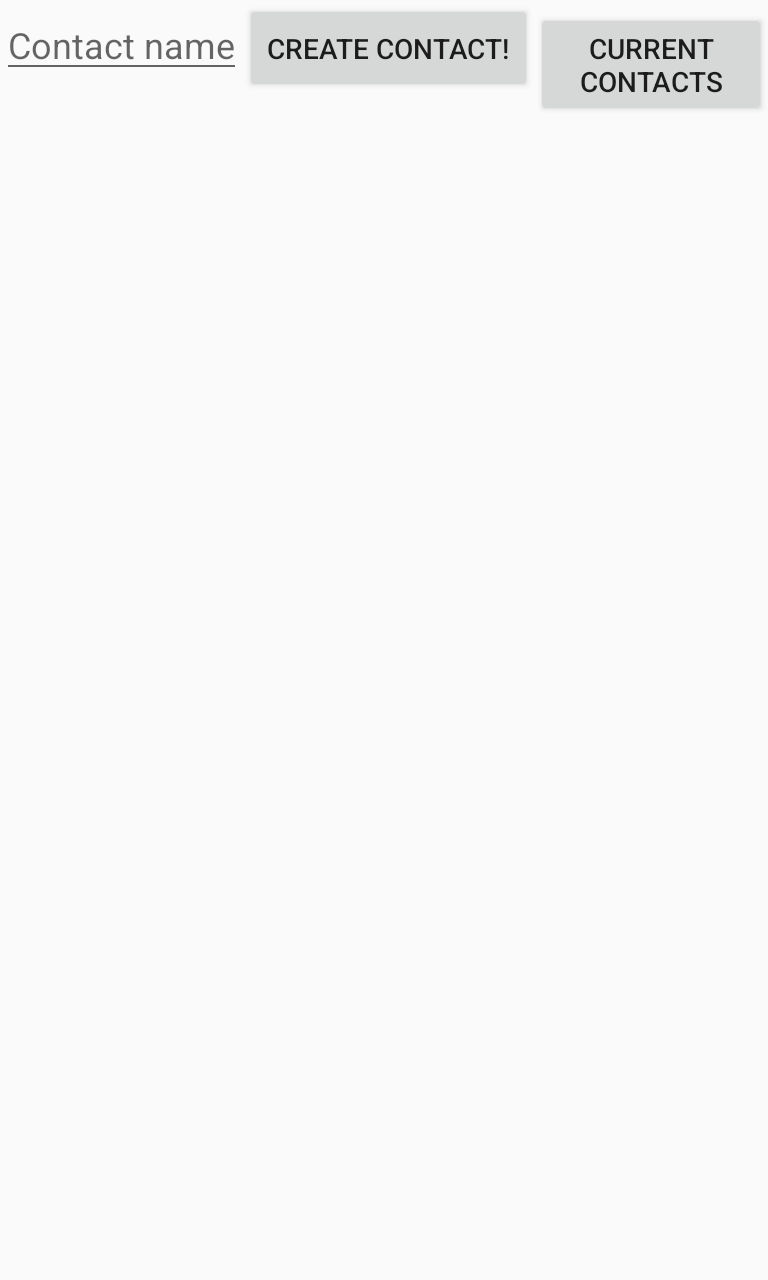
Repository: wisingd/Dajoroli
Layout: Workspace/SplitIt/res/layout/fragment_main.xml
An editor plug-in stored every save of this project. The layout is shown before and after the next save, followed by the edit.
It is drawn on a 768 x 1280 px phone screen (xhdpi) without system bars, with theme AppTheme; the app's code is not run.

Above is the layout before, as saved 2014-04-26 11:37:08.

### Workspace/SplitIt/res/layout/fragment_main.xml
<LinearLayout xmlns:android="http://schemas.android.com/apk/res/android"
    xmlns:tools="http://schemas.android.com/tools"
    android:layout_width="match_parent"
    android:layout_height="match_parent"
    android:orientation="vertical" >

    <LinearLayout
        android:layout_width="match_parent"
        android:layout_height="match_parent"
        android:orientation="horizontal" >

        <EditText
            android:id="@+id/edit_message"
            android:layout_width="wrap_content"
            android:layout_height="wrap_content"
            android:hint="@string/edit_message" />

        <Button
            android:layout_width="wrap_content"
            android:layout_height="wrap_content"
            android:onClick="sendMessage"
            android:text="@string/button_send" />

        <Button
            android:layout_width="wrap_content"
            android:layout_height="wrap_content"
            android:onClick="viewContacts"
            android:text="@string/view_contacts" />
    </LinearLayout>

</LinearLayout>

### Workspace/SplitIt/res/values/strings.xml
<?xml version="1.0" encoding="utf-8"?>
<resources>

    <string name="app_name">Split It</string>
    <string name="action_settings">Settings</string>
    <string name="edit_message">Contact name</string>
    <string name="button_send">Create contact!</string>
    <string name="title_activity_display_message">New Activity</string>
    <string name="nytext">Listan är här</string>
    <string name="view_contacts">Current contacts</string>



</resources>

Loaded but not shown: Workspace/SplitIt/res/values/styles.xml (common file); Workspace/SplitIt/res/values-v11/styles.xml (common file); Workspace/SplitIt/res/values-v14/styles.xml (common file)

After the next save:
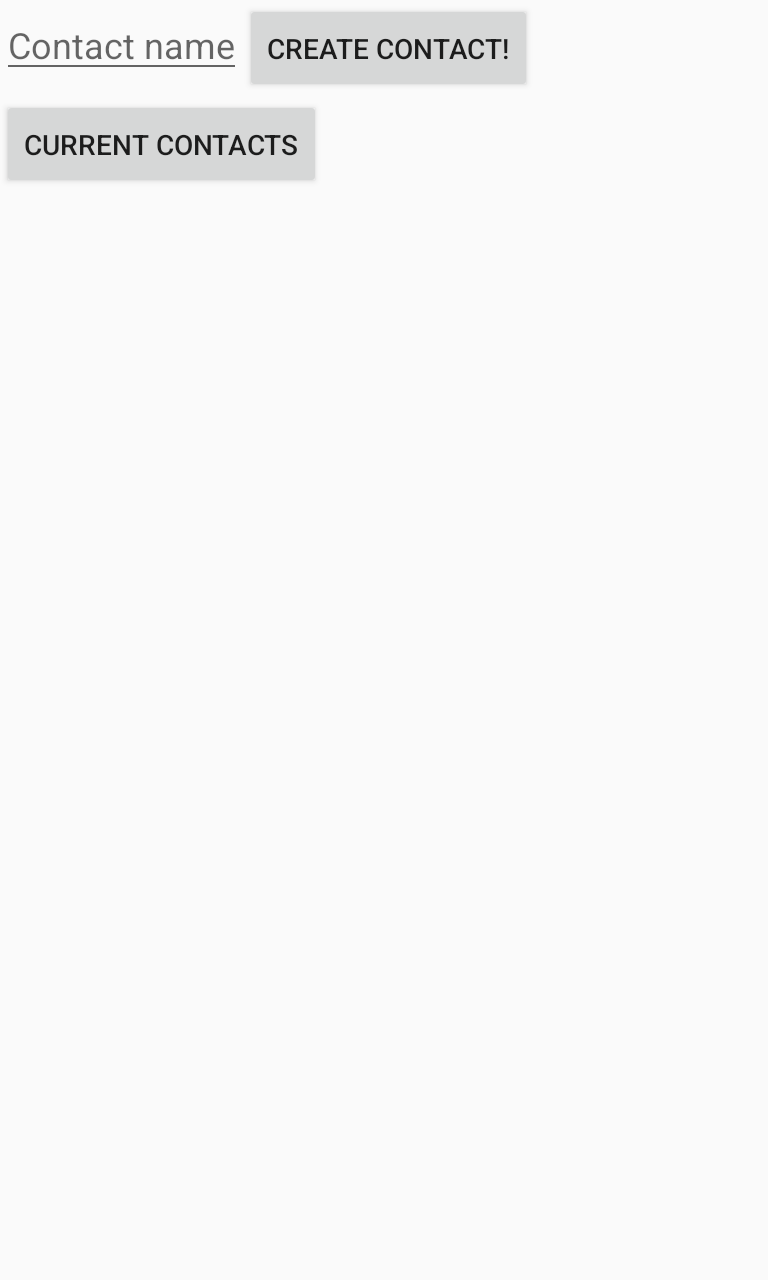
Saved 14 min 20 s later.
--- a/Workspace/SplitIt/res/layout/fragment_main.xml
+++ b/Workspace/SplitIt/res/layout/fragment_main.xml
@@ -6,7 +6,7 @@
 
     <LinearLayout
         android:layout_width="match_parent"
-        android:layout_height="match_parent"
+        android:layout_height="wrap_content"
         android:orientation="horizontal" >
 
         <EditText
@@ -20,12 +20,12 @@
             android:layout_height="wrap_content"
             android:onClick="sendMessage"
             android:text="@string/button_send" />
-
-        <Button
-            android:layout_width="wrap_content"
-            android:layout_height="wrap_content"
-            android:onClick="viewContacts"
-            android:text="@string/view_contacts" />
     </LinearLayout>
 
+    <Button
+        android:layout_width="wrap_content"
+        android:layout_height="wrap_content"
+        android:onClick="viewContacts"
+        android:text="@string/view_contacts" />
+
 </LinearLayout>
